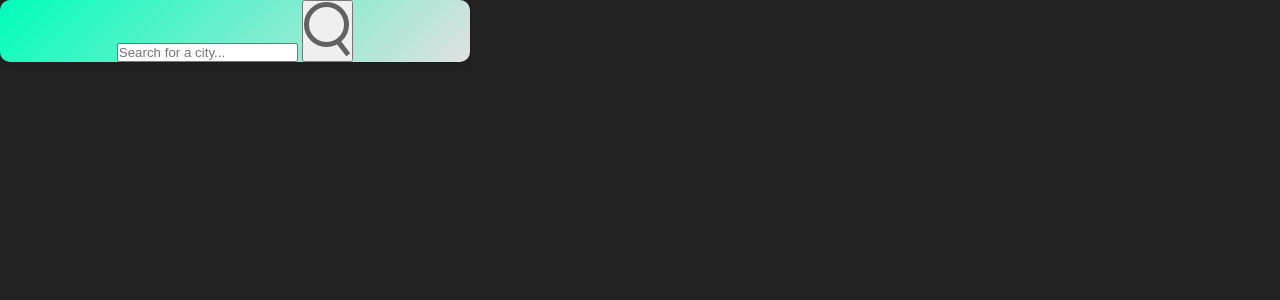
Repository: Abdelilah-Lakrim/Weather-App
Page: index.html
These files come from the project's save history. The page is drawn as it stood at one moment and after a run of saves; the edit follows.
The browser window is 1280 px wide. The pictures show the whole page.

Above is the page before, as saved 2025-06-17 11:01:44.

After the next 2 saves:
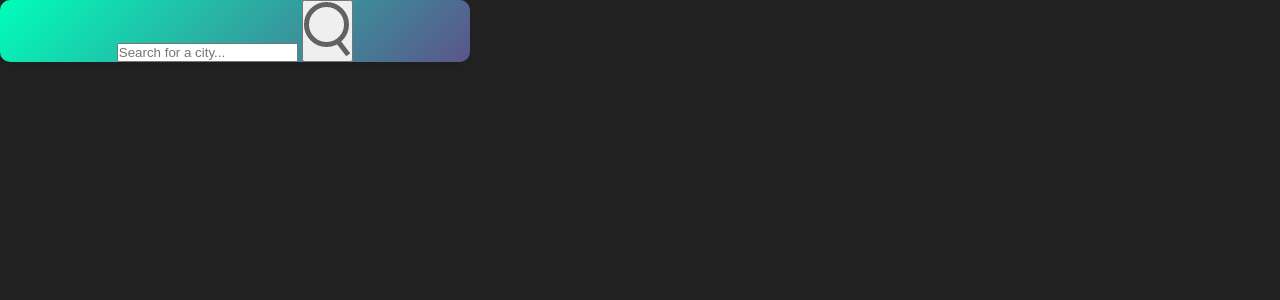
The 2 saves are shown as one change because they came seconds apart.
The last was saved 10 s later.
--- a/style.css
+++ b/style.css
@@ -11,7 +11,7 @@ body{
 .card{
     width: 90%;
     max-width: 470px;
-    background: linear-gradient(135deg, #00feba, #e0e0e0);
+    background: linear-gradient(135deg, #00feba, #5b548a);
     background-color: #fff;
     border-radius: 10px;
     box-shadow: 0 4px 8px rgba(0, 0, 0, 0.1);
